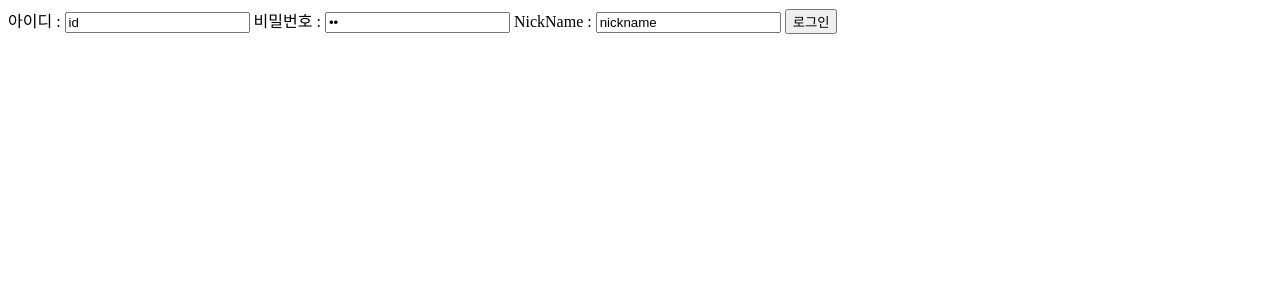
Repository: eyonghwan/jsp_practice
Page: http://localhost/JSPBasic/JspObject/5.session/session_login.jsp
These files come from the project's save history. The page is drawn as it stood at one moment and after the next save; the edit follows.
The browser window is 1280 px wide. The pictures show the whole page.
The page is served by Tomcat 9.

Above is the page before, as saved 2022-02-08 02:22:27.

After the next save:
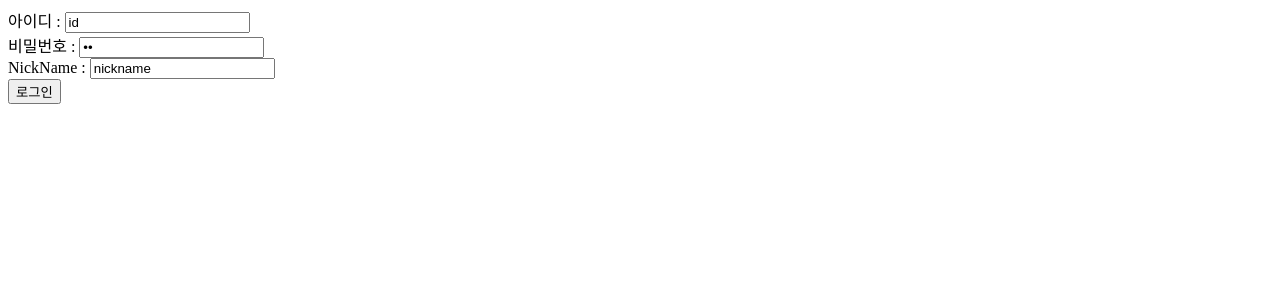
Saved 22 s later.
--- a/JSPBasic/src/main/webapp/JspObject/5.session/session_login.jsp
+++ b/JSPBasic/src/main/webapp/JspObject/5.session/session_login.jsp
@@ -8,9 +8,9 @@
 </head>
 <body>
 	<form action="session_ligin_check.jsp" method="post">
-	아이디 : <input type="text" value="id">
-	비밀번호 : <input type="password" value="pw">
-	NickName : <input type="text" value="nickname">
+	아이디 : <input type="text" value="id"><br/>
+	비밀번호 : <input type="password" value="pw"><br/>
+	NickName : <input type="text" value="nickname"><br/>
 	<input type="submit" value="로그인">
 	</form>
 </body>
